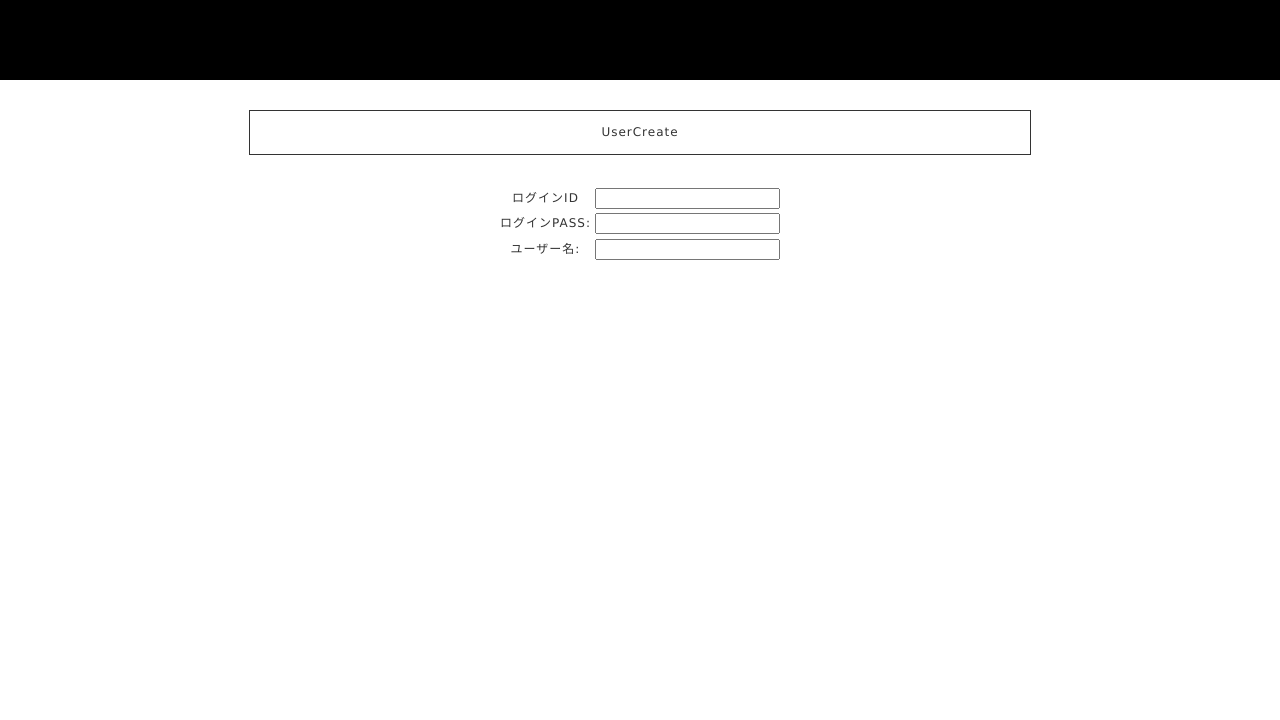
Repository: yukisu18/test
Page: http://localhost/ecsite/userCreate.jsp
An editor plug-in stored every save of this project. The page is shown before and after the next save, followed by the edit.
The browser window is 1280 px wide. The pictures show the whole page.
The page is served by Tomcat 9. Nobody is signed in. The application's start-up code is not run.

Above is the page before, as saved 2019-03-06 10:06:10.

After the next save:
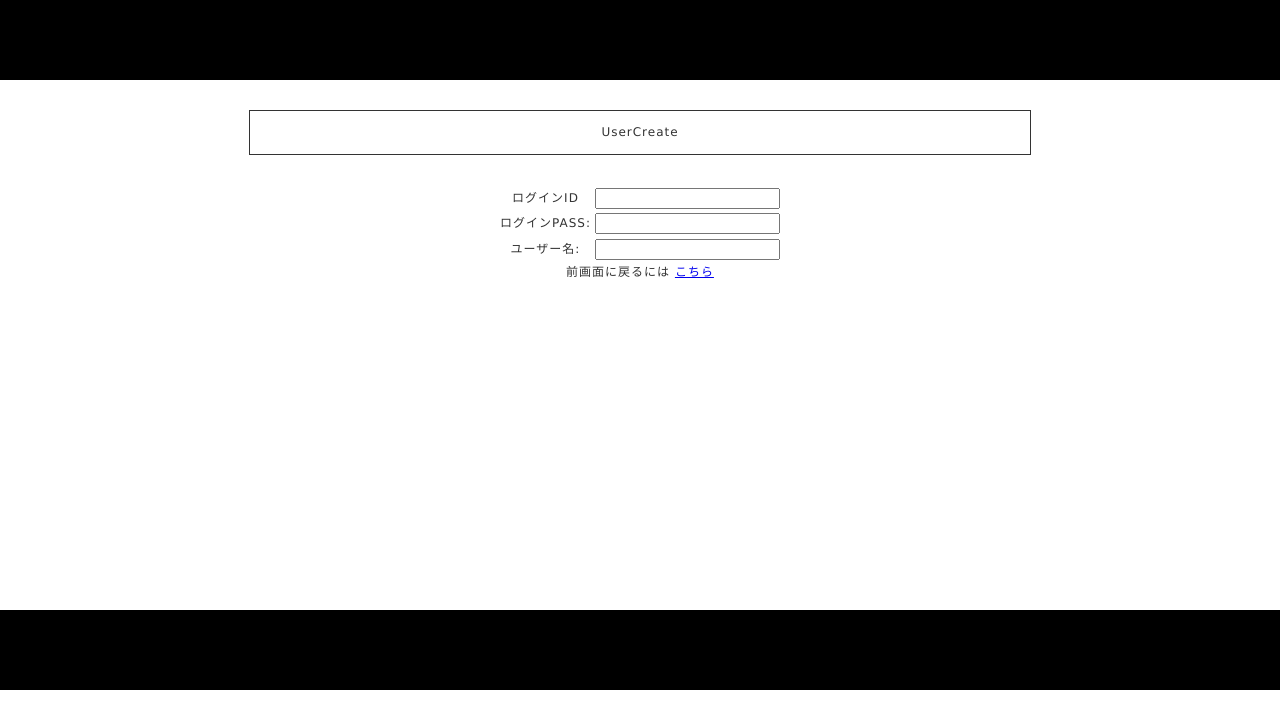
Saved 81 s later.
--- a/ecsite/WebContent/userCreate.jsp
+++ b/ecsite/WebContent/userCreate.jsp
@@ -83,7 +83,13 @@ table {
 					<s:submit value="登録" />
 				</s:form>
 			</table>
+			<div>
+				<span>前画面に戻るには</span> <a href='<s:url action="HomeAction"/>'>こちら</a>
+			</div>
 		</div>
+	</div>
+	<div id="footer">
+		<div id="pr"></div>
 	</div>
 </body>
 </html>
